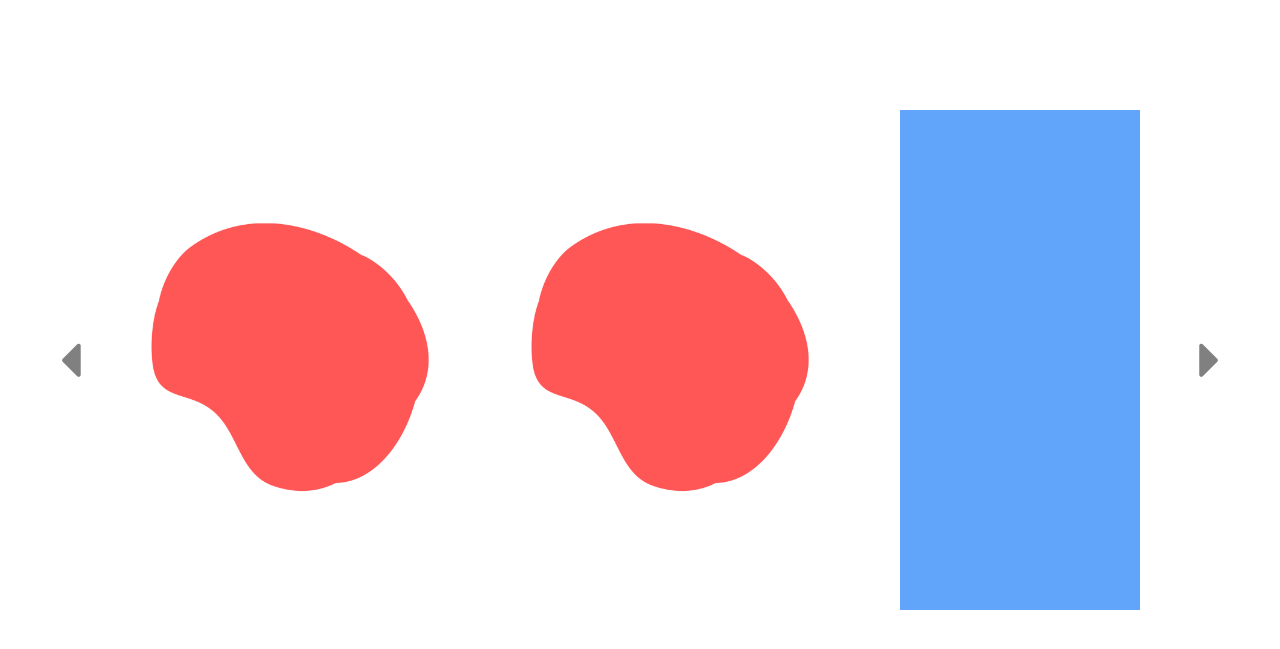
Repository: go23rishu/BagsWebsite
Page: bucketbagcarousel.html
These files come from the project's save history. The page is drawn as it stood at one moment and after the next save; the edit follows.
The browser window is 1280 px wide. The pictures show the whole page.
Some web fonts or font styles are not loaded; a fallback is used. Some web libraries are served in a nearby version.

Above is the page before, as saved 2023-06-21 14:44:44.

After the next save:
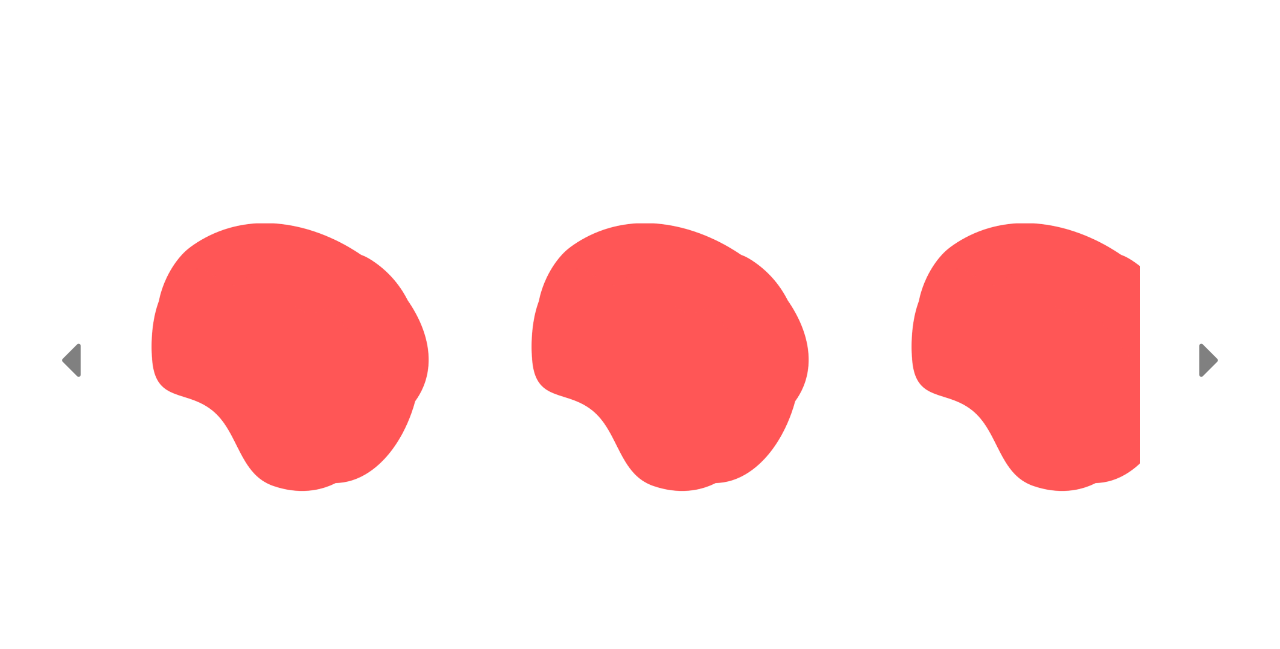
Saved 21 s later.
--- a/bucketbagcarousel.html
+++ b/bucketbagcarousel.html
@@ -41,24 +41,19 @@
             <div class="w-full first-bag"></div>
           </article>
           <article class="card w-[300px] ml-20">
-            <div class="w-full h-full bg-blue-400"></div>
+            <div class="w-full first-bag"></div>
           </article>
           <article class="card w-[300px] ml-20">
-            <div class="w-full h-full bg-blue-500"></div>
+            <div class="w-full first-bag"></div>
           </article>
           <article class="card w-[300px] ml-20">
-            <div class="w-full h-full bg-blue-600"></div>
+            <div class="w-full first-bag"></div>
           </article>
           <article class="card w-[300px] ml-20">
-            <div class="w-full h-full bg-blue-700"></div>
+            <div class="w-full first-bag"></div>
           </article>
           <article class="card w-[300px] ml-20">
-            <div class="w-full h-full bg-blue-800"></div>
-          </article>
-          <article class="card w-[300px] ml-20">
-            <div class="w-full h-full bg-blue-900 grid content-center text-center">
-              <p class="text-3xl font-bold">JS is fun ! :D</p>
-            </div>
+            <div class="w-full first-bag"></div>
           </article>
         </div>
 
